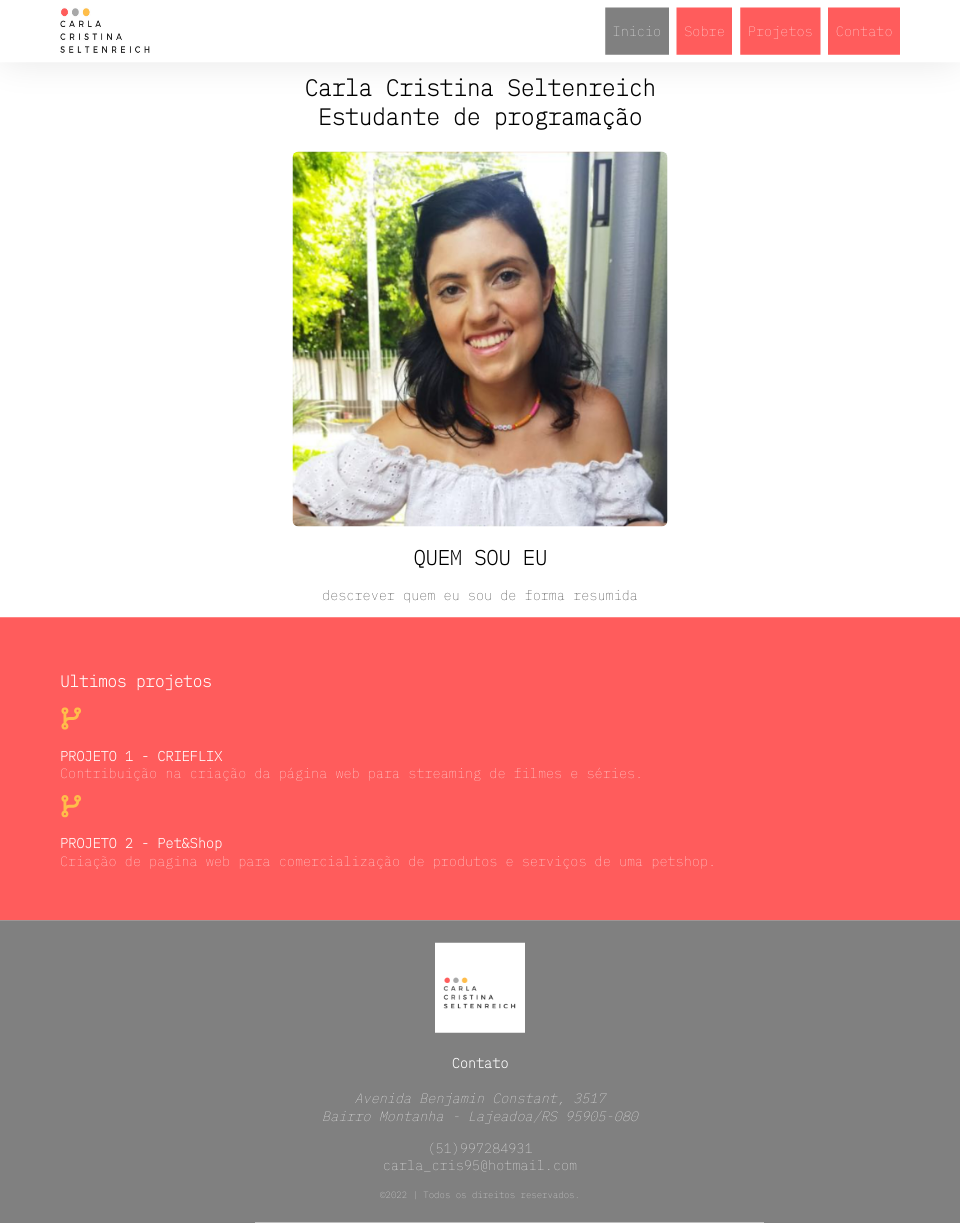
Repository: carla-seltenreich/portfolio
Page: index.html
An editor plug-in stored every save of this project. The page is shown before and after the next save, followed by the edit.
The browser window is 1280 px wide. The pictures show the whole page, at 75% of full size.

Above is the page before, as saved 2022-05-24 23:03:44.

After the next save:
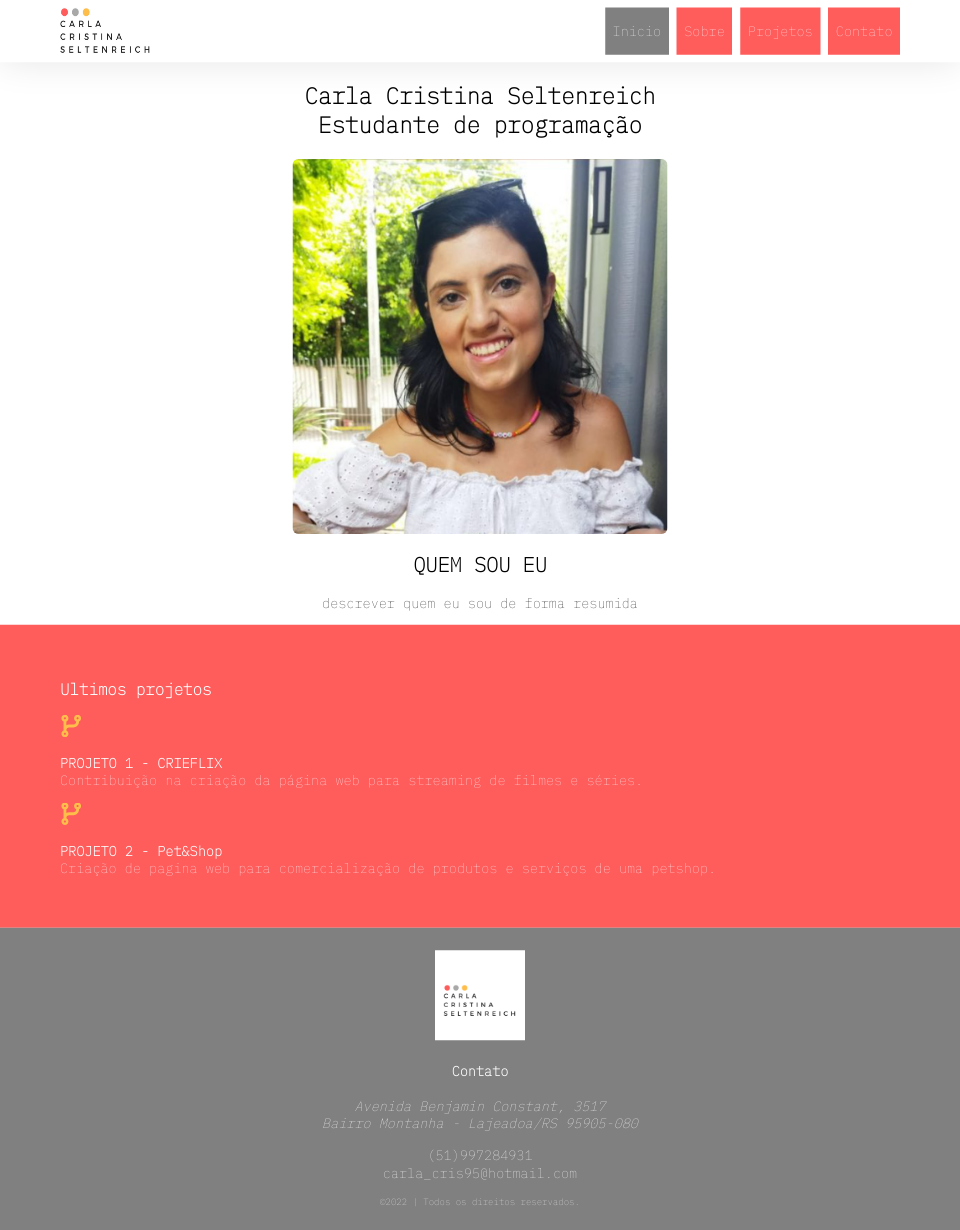
Saved 4 s later.
--- a/style.css
+++ b/style.css
@@ -113,7 +113,7 @@ body {
 
 @media screen and (min-width: 768px) {
     body {
-        padding-top: 70px;
+        padding-top: 80px;
     }
     .header-container {
         display: flex;
